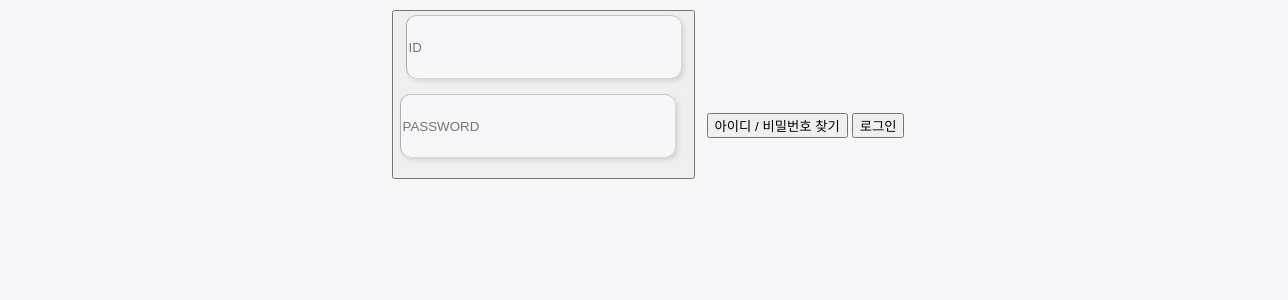
Repository: PEPI-dev/UI
Page: login/login.html
The author's editor kept a copy of each file at every save. The page is drawn from the files as they stood at one save, then again after the next save.
The browser window is 1280 px wide. The page is 1288 px wide, so the pictures cover 1288 px, including what lies to the right of the window. The pictures show the whole page.

Above is the page before, as saved 2023-12-04 15:11:32.

After the next save:
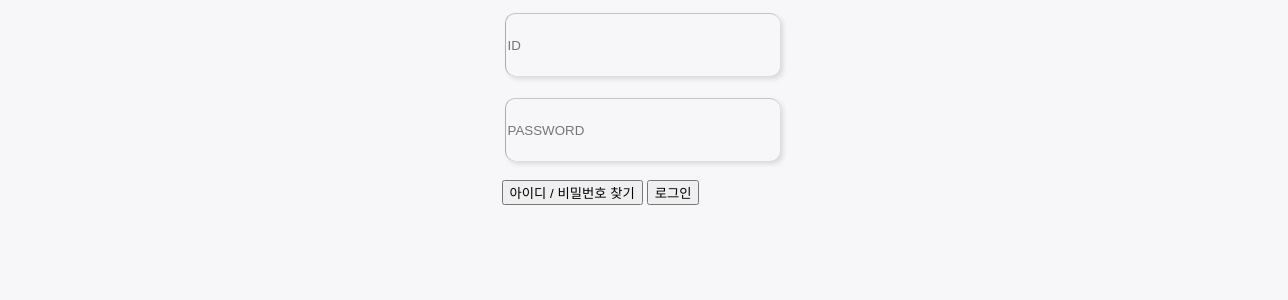
Saved 4 s later.
--- a/login/login.html
+++ b/login/login.html
@@ -10,7 +10,7 @@
 
     </div>
     <form action="#">
-        <button
+        <p
         <p class="input_form"><input class="field" id="ID" placeholder="ID"></input></p>
         <p class="input_form"><input class="field" id="password" type="password" placeholder="PASSWORD"></input></p>
         <button class="text_btn">아이디 / 비밀번호 찾기</button>

After the 3 saves that followed:
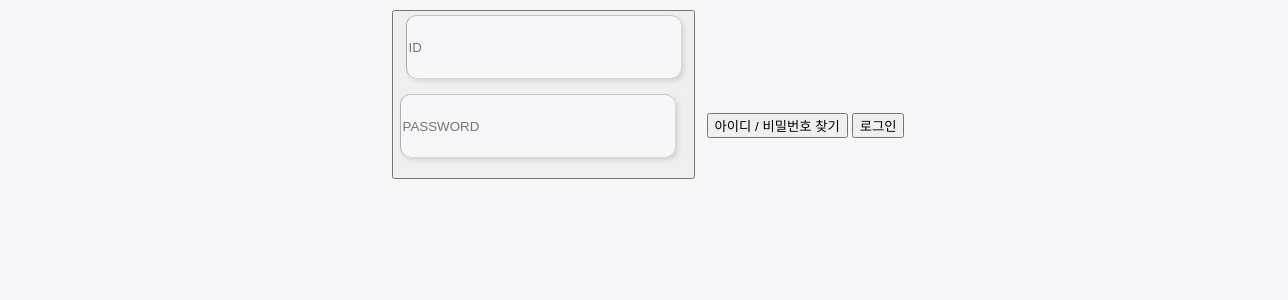
The 3 saves are shown as one change because they came seconds apart.
The last was saved 8 s later.
--- a/login/login.html
+++ b/login/login.html
@@ -10,7 +10,7 @@
 
     </div>
     <form action="#">
-        <p
+        <button id="back"
         <p class="input_form"><input class="field" id="ID" placeholder="ID"></input></p>
         <p class="input_form"><input class="field" id="password" type="password" placeholder="PASSWORD"></input></p>
         <button class="text_btn">아이디 / 비밀번호 찾기</button>
